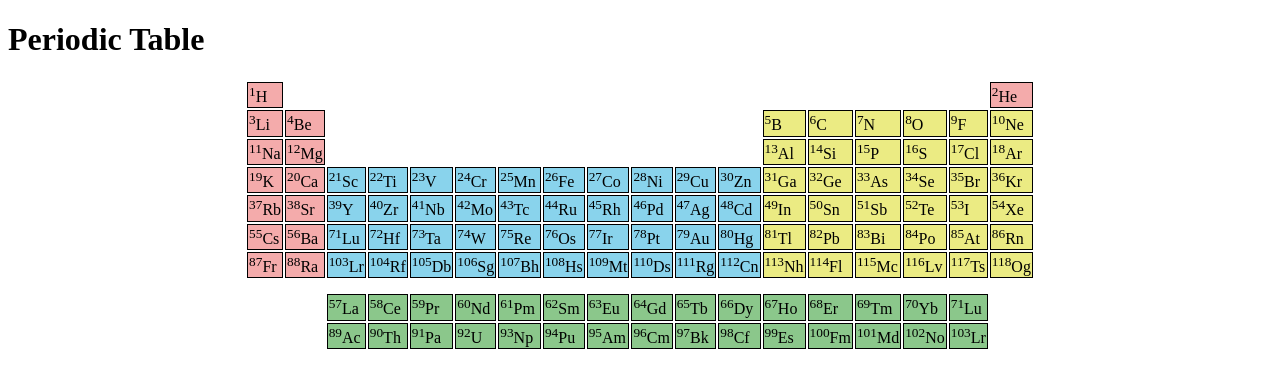
Repository: punitbathija/Placement-Assitance-iNeuron
Page: periodicTable.html
An editor plug-in stored every save of this project. The page is shown before and after the next save, followed by the edit.
The browser window is 1280 px wide. The pictures show the whole page.

Above is the page before, as saved 2023-05-22 18:18:38.

### periodicTable.html
<!DOCTYPE html>
<html lang="en">
  <head>
    <meta charset="UTF-8" />
    <meta http-equiv="X-UA-Compatible" content="IE=edge" />
    <meta name="viewport" content="width=device-width, initial-scale=1.0" />
    <title>Periodic Table</title>
    <link rel="stylesheet" href="periodicTable.css" />
  </head>
  <body>
    <h1>Periodic Table</h1>

    <table class="periodic">
      <tr class="p1">
        <td class="element H red" ="Hydrogen"><sup>1</sup>H</td>
        <td class="empty" colspan="16"></td>
        <td class="element He red" ="Helium"><sup>2</sup>He</td>
      </tr>
      <tr class="p2">
        <td class="element Li red" ="Lithium"><sup>3</sup>Li</td>
        <td class="element Be red" ="Beryllium"><sup>4</sup>Be</td>
        <td class="empty" class="element desc" colspan="10" rowspan="2"></td>
        <td class="element B yellow" ="Boron"><sup>5</sup>B</td>
        <td class="element C yellow" ="Carbon"><sup>6</sup>C</td>
        <td class="element N yellow" ="Nitrogen"><sup>7</sup>N</td>
        <td class="element O yellow" ="Oxygen"><sup>8</sup>O</td>
        <td class="element F yellow" ="Fluorine"><sup>9</sup>F</td>
        <td class="element Ne yellow" ="Neon"><sup>10</sup>Ne</td>
      </tr>
      <tr class="p3">
        <td class="element Na red" ="Sodium"><sup>11</sup>Na</td>
        <td class="element Mg red" ="Magnesium"><sup>12</sup>Mg</td>
        <td class="element Al yellow" ="Aluminium"><sup>13</sup>Al</td>
        <td class="element Si yellow" ="Silicon"><sup>14</sup>Si</td>
        <td class="element P yellow" ="Phosphorus"><sup>15</sup>P</td>
        <td class="element S yellow" ="Sulfur"><sup>16</sup>S</td>
        <td class="element Cl yellow" ="Chlorine"><sup>17</sup>Cl</td>
        <td class="element Ar yellow" ="Argon"><sup>18</sup>Ar</td>
      </tr>
      <tr class="p4">
        <td class="element K red" ="Potassium"><sup>19</sup>K</td>
        <td class="element Ca red" ="Calcium"><sup>20</sup>Ca</td>
        <td class="element Sc blue" ="Scandium"><sup>21</sup>Sc</td>
        <td class="element Ti blue" ="Titanium"><sup>22</sup>Ti</td>
        <td class="element V blue" ="Vanadium"><sup>23</sup>V</td>
        <td class="element Cr blue" ="Chromium"><sup>24</sup>Cr</td>
        <td class="element Mn blue" ="Manganese"><sup>25</sup>Mn</td>
        <td class="element Fe blue" ="Iron"><sup>26</sup>Fe</td>
        <td class="element Co blue" ="Cobalt"><sup>27</sup>Co</td>
        <td class="element Ni blue" ="Nickel"><sup>28</sup>Ni</td>
        <td class="element Cu blue" ="Copper"><sup>29</sup>Cu</td>
        <td class="element Zn blue" ="Zinc"><sup>30</sup>Zn</td>
        <td class="element Ga yellow" ="Gallium"><sup>31</sup>Ga</td>
        <td class="element Ge yellow" ="Germanium"><sup>32</sup>Ge</td>
        <td class="element As yellow" ="Arsenic"><sup>33</sup>As</td>
        <td class="element Se yellow" ="Selenium"><sup>34</sup>Se</td>
        <td class="element Br yellow" ="Bromine"><sup>35</sup>Br</td>
        <td class="element Kr yellow" ="Krypton"><sup>36</sup>Kr</td>
      </tr>
      <tr class="p5">
        <td class="element Rb red" ="Rubidium"><sup>37</sup>Rb</td>
        <td class="element Sr red" ="Strontium"><sup>38</sup>Sr</td>
        <td class="element Y blue" ="Yttrium"><sup>39</sup>Y</td>
        <td class="element Zr blue" ="Zirconium"><sup>40</sup>Zr</td>
        <td class="element Nb blue" ="Niobium"><sup>41</sup>Nb</td>
        <td class="element Mo blue" ="Molybdenum"><sup>42</sup>Mo</td>
        <td class="element Tc blue" ="Technetium"><sup>43</sup>Tc</td>
        <td class="element Ru blue" ="Ruthenium"><sup>44</sup>Ru</td>
        <td class="element Rh blue" ="Rhodium"><sup>45</sup>Rh</td>
        <td class="element Pd blue" ="Palladium"><sup>46</sup>Pd</td>
        <td class="element Ag blue" ="Silver"><sup>47</sup>Ag</td>
        <td class="element Cd blue" ="Cadmium"><sup>48</sup>Cd</td>
        <td class="element In yellow" ="Indium"><sup>49</sup>In</td>
        <td class="element Sn yellow" ="Tin"><sup>50</sup>Sn</td>
        <td class="element Sb yellow" ="Antimony"><sup>51</sup>Sb</td>
        <td class="element Te yellow" ="Tellurium"><sup>52</sup>Te</td>
        <td class="element I yellow" ="Iodine"><sup>53</sup>I</td>
        <td class="element Xe yellow" ="Xenon"><sup>54</sup>Xe</td>
      </tr>
      <tr class="p6">
        <td class="element Cs red" ="Caesium"><sup>55</sup>Cs</td>
        <td class="element Ba red" ="Barium"><sup>56</sup>Ba</td>
        <td class="element Lu blue" ="Lutetium"><sup>71</sup>Lu</td>
        <td class="element Hf blue" ="Hafnium"><sup>72</sup>Hf</td>
        <td class="element Ta blue" ="Tantalum"><sup>73</sup>Ta</td>
        <td class="element W blue" ="Tungsten"><sup>74</sup>W</td>
        <td class="element Re blue" ="Rhenium"><sup>75</sup>Re</td>
        <td class="element Os blue" ="Osmium"><sup>76</sup>Os</td>
        <td class="element Ir blue" ="Iridium"><sup>77</sup>Ir</td>
        <td class="element Pt blue" ="Platinum"><sup>78</sup>Pt</td>
        <td class="element Au blue" ="Gold"><sup>79</sup>Au</td>
        <td class="element Hg blue" ="Mercury"><sup>80</sup>Hg</td>
        <td class="element Tl yellow" ="Thallium"><sup>81</sup>Tl</td>
        <td class="element Pb yellow" ="Lead"><sup>82</sup>Pb</td>
        <td class="element Bi yellow" ="Bismuth"><sup>83</sup>Bi</td>
        <td class="element Po yellow" ="Polonium"><sup>84</sup>Po</td>
        <td class="element At yellow" ="Astatine"><sup>85</sup>At</td>
        <td class="element Rn yellow" ="Radon"><sup>86</sup>Rn</td>
      </tr>
      <tr class="p7">
        <td class="element Fr red" ="Francium"><sup>87</sup>Fr</td>
        <td class="element Ra red" ="Radium"><sup>88</sup>Ra</td>
        <td class="element Lr blue" ="Lawrencium"><sup>103</sup>Lr</td>
        <td class="element Rf blue" ="Rutherfordium"><sup>104</sup>Rf</td>
        <td class="element Db blue" ="Dubnium"><sup>105</sup>Db</td>
        <td class="element Sg blue" ="Seaborgium"><sup>106</sup>Sg</td>
        <td class="element Bh blue" ="Bohrium"><sup>107</sup>Bh</td>
        <td class="element Hs blue" ="Hassium"><sup>108</sup>Hs</td>
        <td class="element Mt blue" ="Meitnerium"><sup>109</sup>Mt</td>
        <td class="element Ds blue" ="Darmstadtium"><sup>110</sup>Ds</td>
        <td class="element Rg blue" ="Roentgenium"><sup>111</sup>Rg</td>
        <td class="element Cn blue" ="Copernicium"><sup>112</sup>Cn</td>
        <td class="element Nh yellow" ="Nihonium"><sup>113</sup>Nh</td>
        <td class="element Fl yellow" ="Flerovium"><sup>114</sup>Fl</td>
        <td class="element Mc yellow" ="Moscovium"><sup>115</sup>Mc</td>
        <td class="element Lv yellow" ="Livermorium"><sup>116</sup>Lv</td>
        <td class="element Ts yellow" ="Tennessine"><sup>117</sup>Ts</td>
        <td class="element Og yellow" ="Oganesson"><sup>118</sup>Og</td>
      </tr>
      <tr class="spacer"></tr>
      <tr class="spacer"></tr>
      <tr class="spacer"></tr>
      <tr class="spacer"></tr>
      <tr class="spacer"></tr>
      <tr class="spacer"></tr>
      <tr class="spacer"></tr>
      <tr>
        <td class="empty" colspan="2"></td>
        <td class="element La green" ="Lanthanum"><sup>57</sup>La</td>
        <td class="element Ce green" ="Cerium"><sup>58</sup>Ce</td>
        <td class="element Pr green" ="Praseodymium"><sup>59</sup>Pr</td>
        <td class="element Nd green" ="Neodymium"><sup>60</sup>Nd</td>
        <td class="element Pm green" ="Promethium"><sup>61</sup>Pm</td>
        <td class="element Sm green" ="Samarium"><sup>62</sup>Sm</td>
        <td class="element Eu green" ="Europium"><sup>63</sup>Eu</td>
        <td class="element Gd green" ="Gadolinium"><sup>64</sup>Gd</td>
        <td class="element Tb green" ="Terbium"><sup>65</sup>Tb</td>
        <td class="element Dy green" ="Dysprosium"><sup>66</sup>Dy</td>
        <td class="element Ho green" ="Holmium"><sup>67</sup>Ho</td>
        <td class="element Er green" ="Erbium"><sup>68</sup>Er</td>
        <td class="element Tm green" ="Thulium"><sup>69</sup>Tm</td>
        <td class="element Yb green" ="Ytterbium"><sup>70</sup>Yb</td>
        <td class="element Lu green" ="Lutetium"><sup>71</sup>Lu</td>
        <td class="empty"></td>
      </tr>
      <tr>
        <td class="empty" colspan="2"></td>
        <td class="element Ac green" ="Actinium"><sup>89</sup>Ac</td>
        <td class="element Th green" ="Thorium"><sup>90</sup>Th</td>
        <td class="element Pa green" ="Protactinium"><sup>91</sup>Pa</td>
        <td class="element U green" ="Uranium"><sup>92</sup>U</td>
        <td class="element Np green" ="Neptunium"><sup>93</sup>Np</td>
        <td class="element Pu green" ="Plutonium"><sup>94</sup>Pu</td>
        <td class="element Am green" ="Americium"><sup>95</sup>Am</td>
        <td class="element Cm green" ="Curium"><sup>96</sup>Cm</td>
        <td class="element Bk green" ="Berkelium"><sup>97</sup>Bk</td>
        <td class="element Cf green" ="Californium"><sup>98</sup>Cf</td>
        <td class="element Es green" ="Einsteinium"><sup>99</sup>Es</td>
        <td class="element Fm green" ="Fermium"><sup>100</sup>Fm</td>
        <td class="element Md green" ="Mendelevium"><sup>101</sup>Md</td>
        <td class="element No green" ="Nobelium"><sup>102</sup>No</td>
        <td class="element Lr green" ="Lawrencium"><sup>103</sup>Lr</td>
        <td class="empty"></td>
      </tr>
    </table>
  </body>
</html>

### periodicTable.css
.periodic{
    display: flex;
    justify-content: center;
    align-items: center;
    margin: auto;
}

.element{
    border: 1px solid black;
}

.red{
    background-color: rgb(244, 171, 171);
}

.blue{
    background-color: rgb(137, 211, 236);
}
.yellow{
    background-color: rgb(235, 235, 131);
}
.green{
    background-color: rgb(139, 199, 139);
}

After the next save:
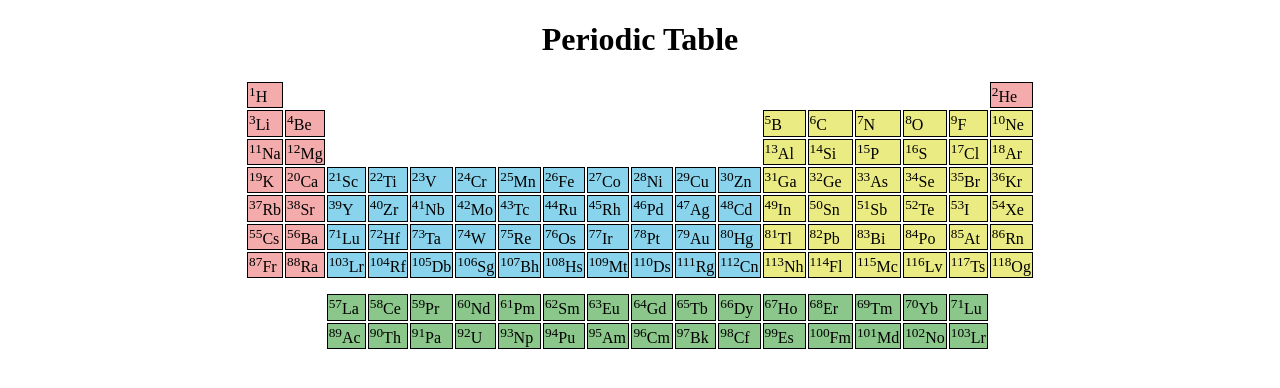
Saved 21 s later.
--- a/periodicTable.css
+++ b/periodicTable.css
@@ -1,3 +1,7 @@
+h1{
+    text-align: center;
+}
+
 .periodic{
     display: flex;
     justify-content: center;
